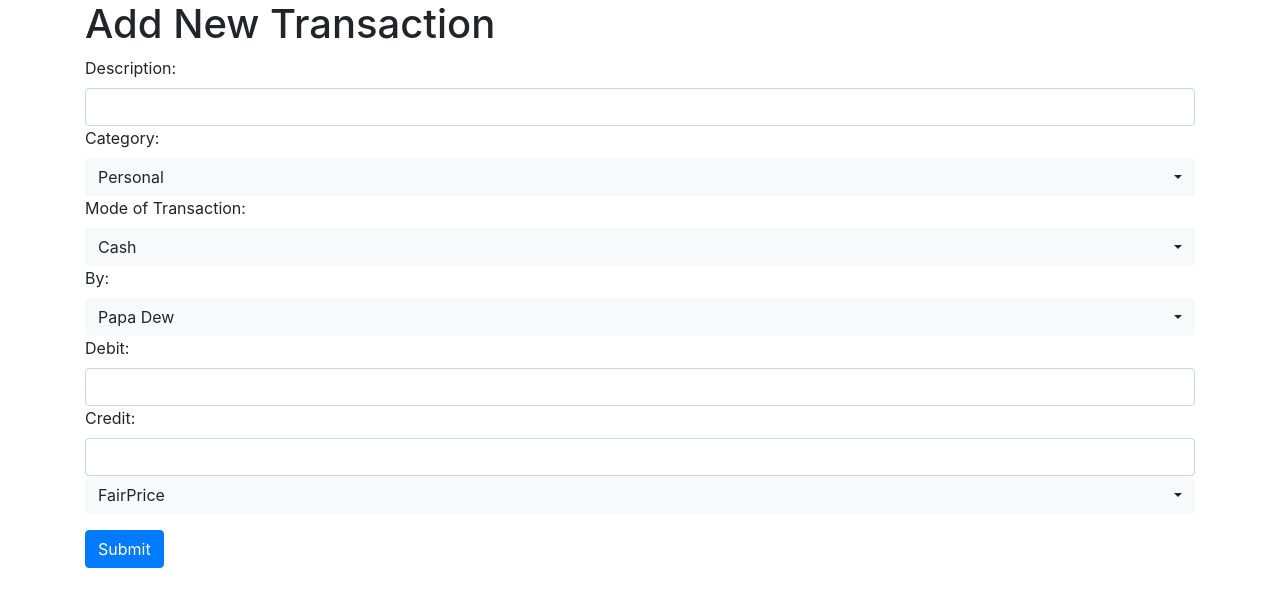
Repository: yucheng91/CI3-expenses-manager
Page: http://localhost/new-transaction/
The author's editor kept a record of every edit. The page is drawn from the files as they stood at one moment, then again after the next edit.
The browser window is 1280 px wide. The pictures show the whole page.
The page is served by the project's application, run on Flask 3 (app.py). The database holds what the project's SQL file puts in it.

Above is the page before.

After the next edit:
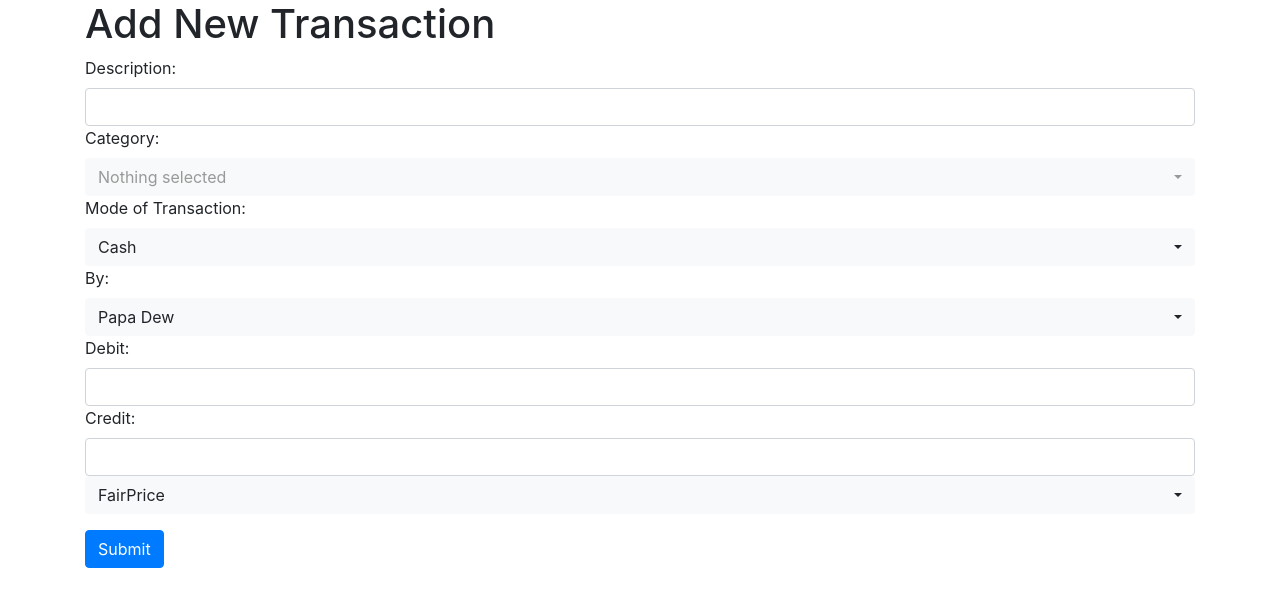
The edit:
--- a/templates/new_transaction.html
+++ b/templates/new_transaction.html
@@ -26,7 +26,7 @@
         <label class='label'>
                       Category:
                   </label>
-        <select name='category' class='form-control selectpicker' data-live-search="true">
+        <select name='category' class='form-control selectpicker' multiple data-live-search="true">
                           {%for d in categories %}
                           <option value='{{ d['id'] }}' {%if d['id'] == categoriesid %}selected='selected'{%endif%}>{{ d['name'] }}</option>
                                {%endfor%}
